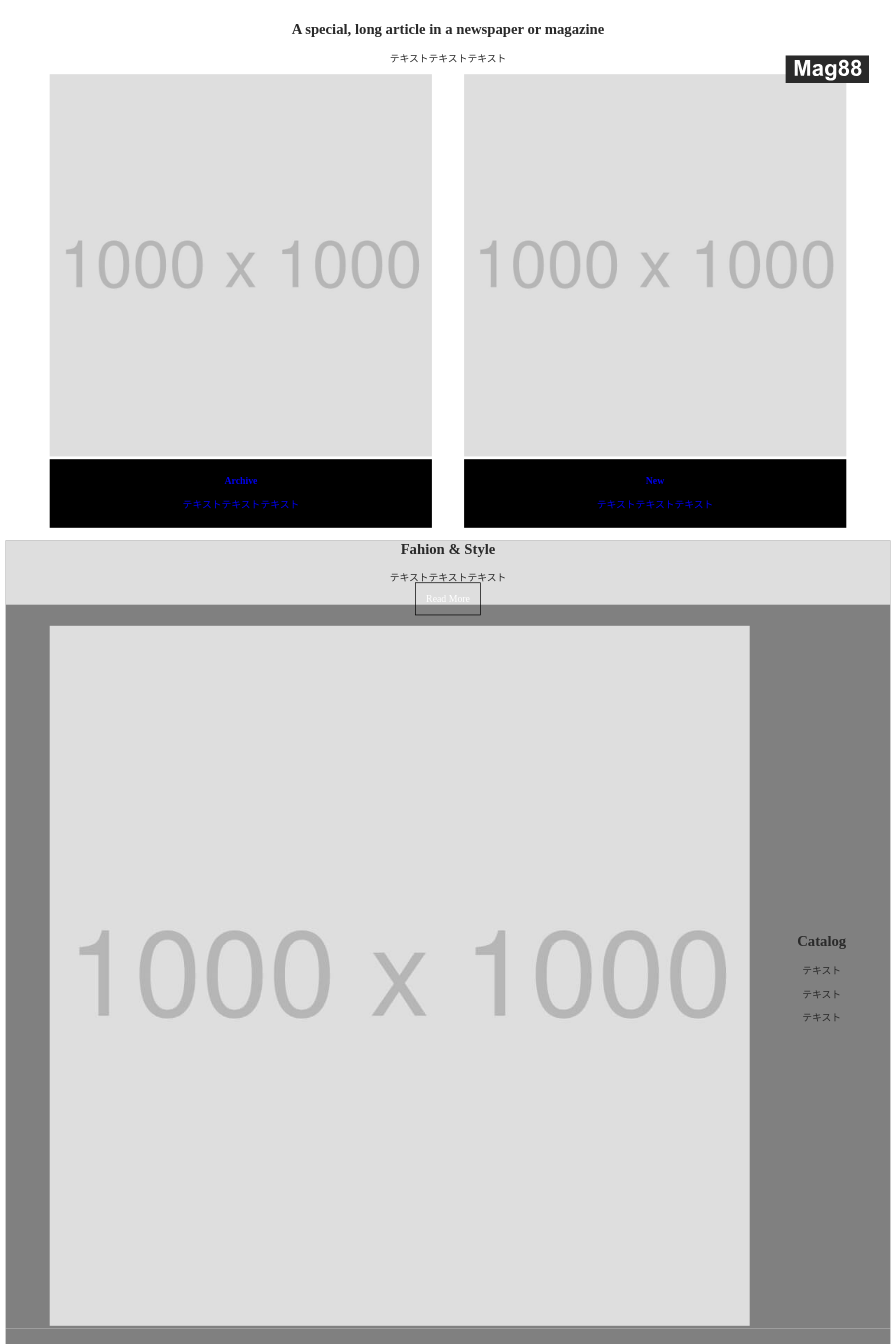
Repository: Fuki-san/bookstore
Page: http://localhost/book
The author's editor kept a copy of each file at every save. The page is drawn from the files as they stood at one save, then again after a run of saves.
The browser window is 1280 px wide. The pictures show the part of the page from y = 0 to 1920 px (the page is 3073 px tall before and 3068 px after), at 70% of full size.
The page is served by the project's Laravel application, run on PHP 8.4 with Laravel 10.

Above is the page before, as saved 2023-11-21 13:27:22.

After the next 4 saves:
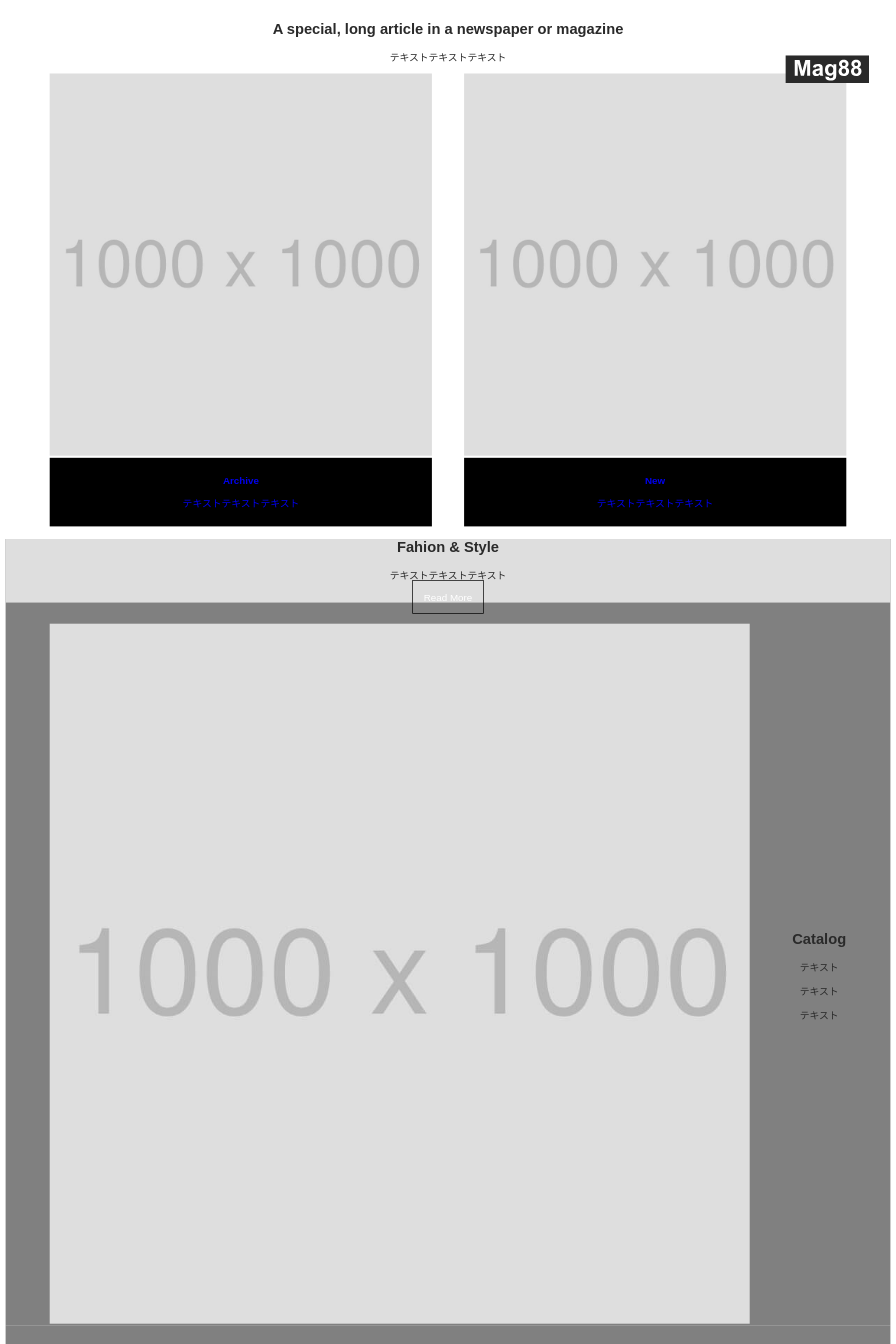
The 4 saves are shown as one change because they came seconds apart.
The last was saved 11 s later.
--- a/public/css/style.css
+++ b/public/css/style.css
@@ -9,7 +9,7 @@ img{
 body{
     font-size: 0.875rem;
     color: #2a2a2a;
-    font-family: ;
+    font-family: "Arial", "Higa";
 }
 .wrapper{
     padding: 0 5%;
